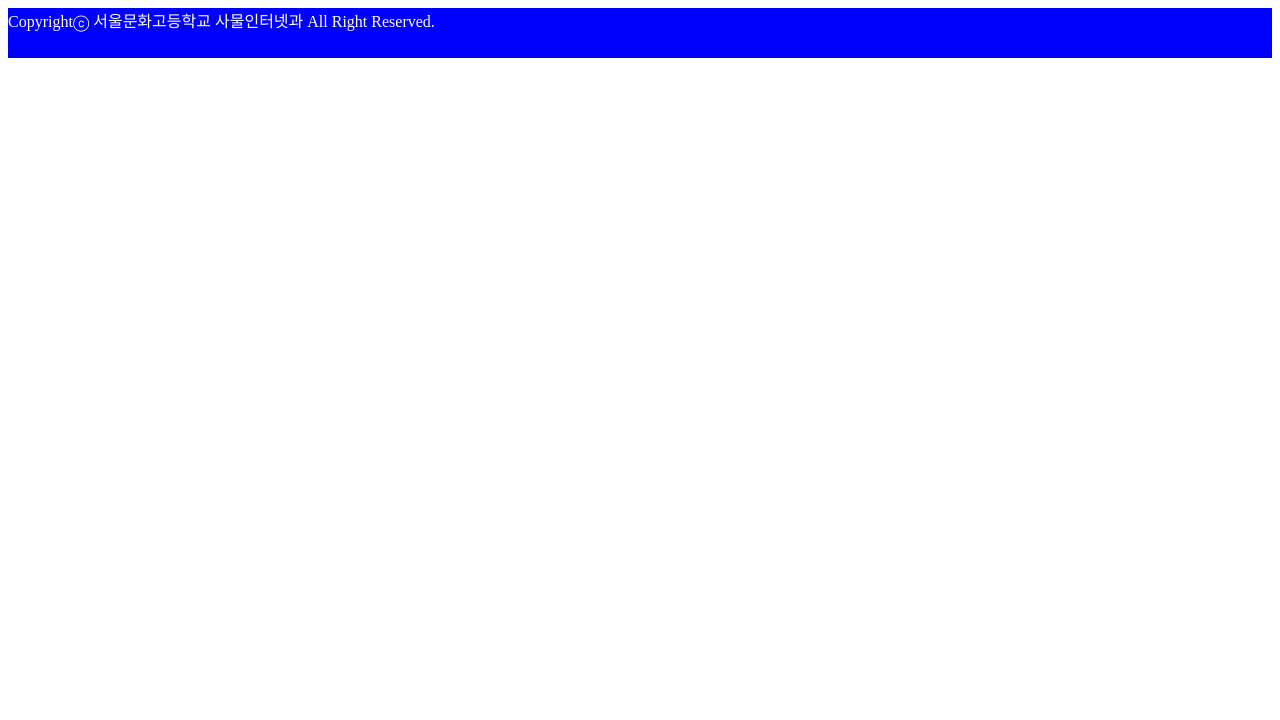
Repository: yuuki08noah/CHUNGCHUSANKI
Page: http://localhost/project/footer.jsp
The author's editor kept a copy of each file at every save. The page is drawn from the files as they stood at one save, then again after the next save.
The browser window is 1280 px wide. The pictures show the whole page.
The page is served by Tomcat 9.

Above is the page before, as saved 2025-03-25 08:25:09.

### HRD_002/project/src/main/webapp/footer.jsp
<%@ page language="java" contentType="text/html; charset=UTF-8"
    pageEncoding="UTF-8"%>
<!DOCTYPE html>
<html>
<head>
<meta charset="UTF-8">
<title>Insert title here</title>
</head>
<body style="bottom: 0">
	<div style="width: 100%; height: 50px; background-color: blue; color: white">
	Copyrightⓒ 서울문화고등학교 사물인터넷과 All Right Reserved.
	</div>
</body>
</html>

After the next save:
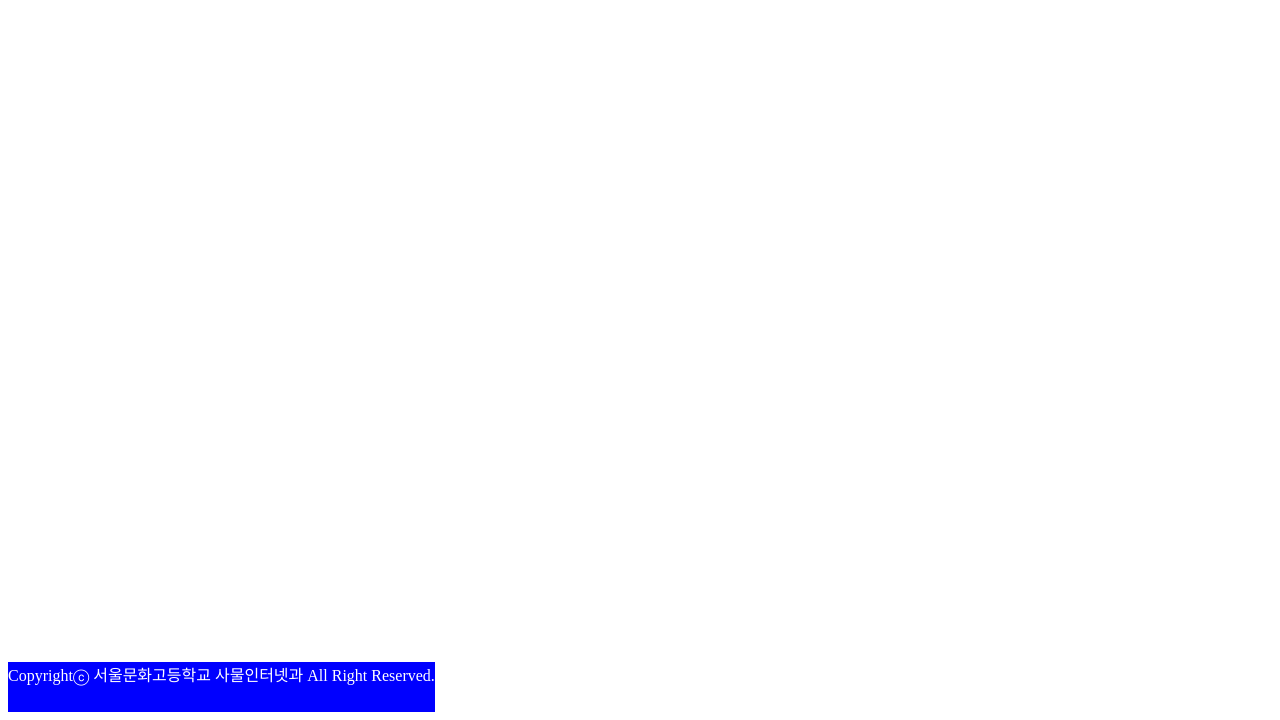
Saved 51 s later.
--- a/HRD_002/project/src/main/webapp/footer.jsp
+++ b/HRD_002/project/src/main/webapp/footer.jsp
@@ -6,8 +6,8 @@
 <meta charset="UTF-8">
 <title>Insert title here</title>
 </head>
-<body style="bottom: 0">
-	<div style="width: 100%; height: 50px; background-color: blue; color: white">
+<body style="bottom: 0; position: fixed;">
+	<div style="width: 100%; height: 50px; background-color: blue; color: white; text-align: center;">
 	Copyrightⓒ 서울문화고등학교 사물인터넷과 All Right Reserved.
 	</div>
 </body>
